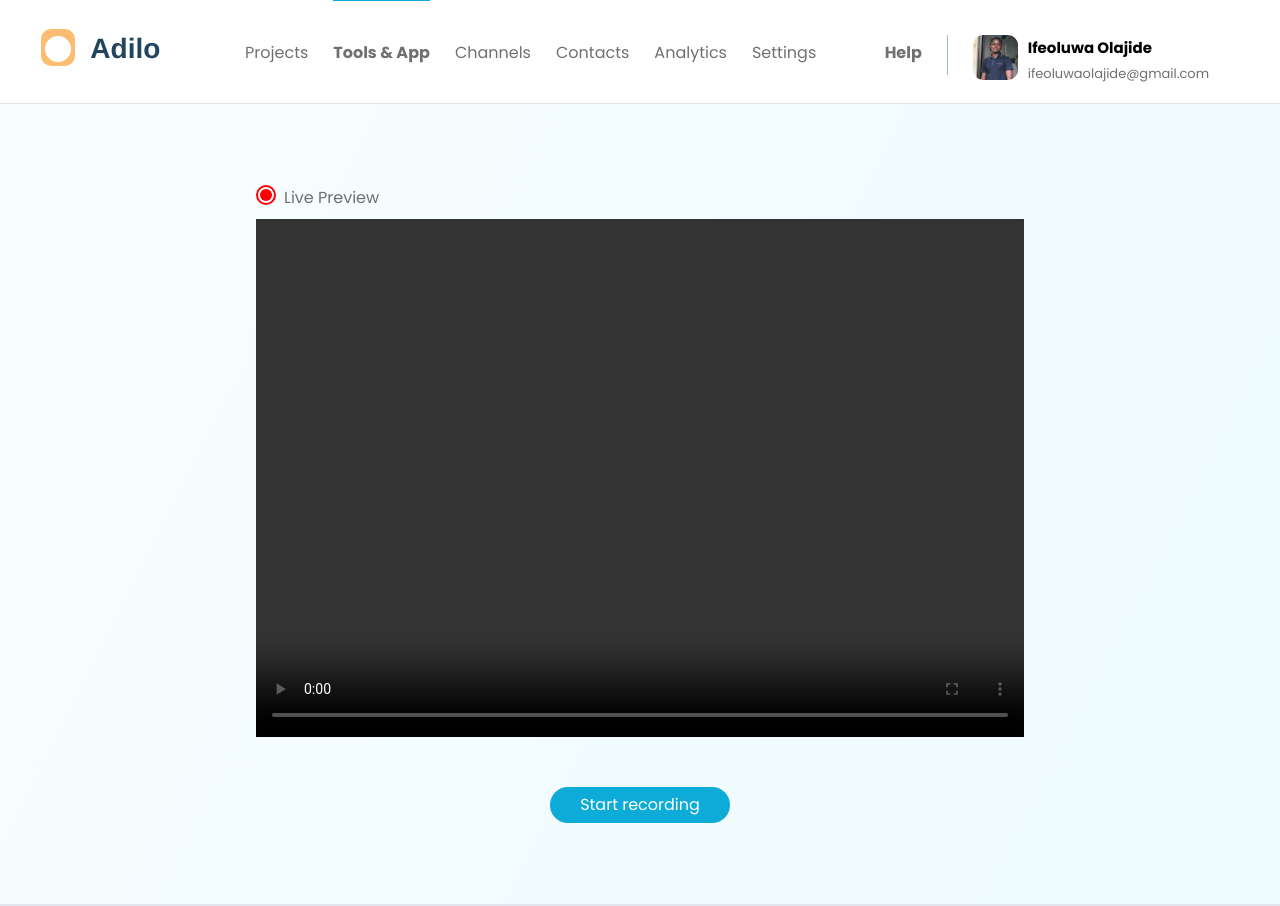
Repository: olhighjay/video_recorder
Page: /
An editor plug-in stored every save of this project. The page is shown before and after the next save, followed by the edit.
The browser window is 1280 px wide. The pictures show the whole page.
The page's requests for data from a server got no answer. Some web libraries are served in a nearby version. The project was rebuilt for these pictures with package versions that can differ from the ones it lists, and the page was loaded fresh each time. No one was signed in, and anything a server would have sent is missing. Also part of the build but not shown: vue.config.js, src/components/DataTable.vue, src/components/EmptyRecorded.vue.

Above is the page before, as saved 2022-07-29 13:09:44.

After the next save:
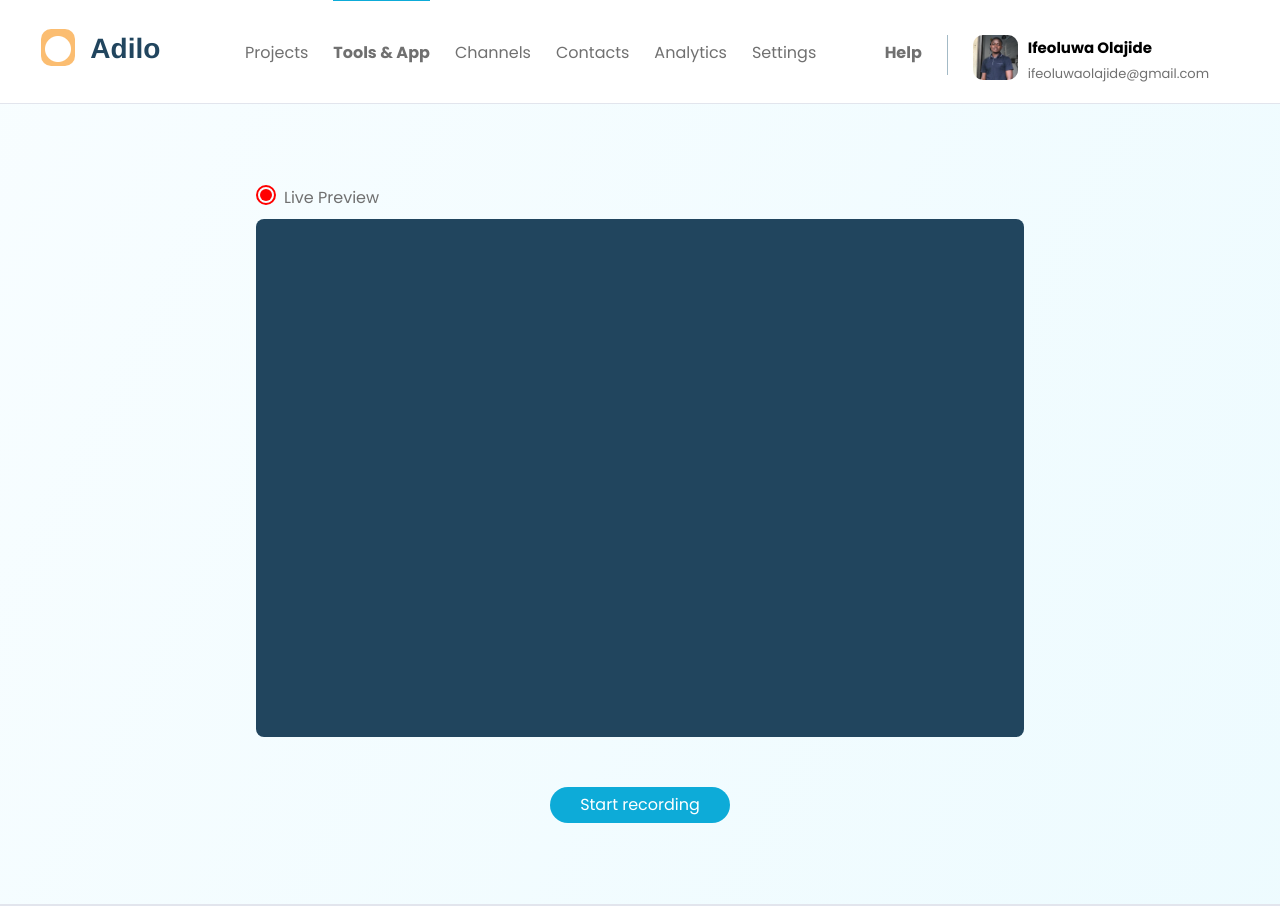
Saved 8 min 17 s later.
--- a/src/App.vue
+++ b/src/App.vue
@@ -111,7 +111,7 @@
           <div class="ml-2">Live Preview</div>
         </div>
         <div class="view-frame">
-          <div style="height:100%">
+          <div v-if="myPermissionAccepted" style="height:100%">
             <video v-if="recorded" controls muted id="my-video-feedback" class=" bg-black w-full h-auto"></video>
             <video v-else id="my-recorded-video" controls class="recorded-video bg-black w-full h-auto"></video>
           </div>
@@ -139,7 +139,8 @@
   },
   data() {
     return {
-      recorded: true
+      recorded: true,
+      myPermissionAccepted: false
     }
   },
   methods: {
@@ -158,6 +159,7 @@
 navigator.mediaDevices.getUserMedia(vidRecordOptions)
 // // navigator.mediaDevices.getDisplayMedia(vidRecordOptions)
 .then(function(mediaStreamObj) {
+  this.myPermissionAccepted= true;
 //     //connect the media stream to the first video element
     let myVideo = document.getElementById('my-video-feedback');
 //     // create a video url from the callback response object
@@ -199,6 +201,7 @@
     // }, 8000);
 })
 .catch(function(err) {
+  this.myPermissionAccepted= false;
     console.log(err.name, err.message);
 });
     }

After the 2 saves that followed:
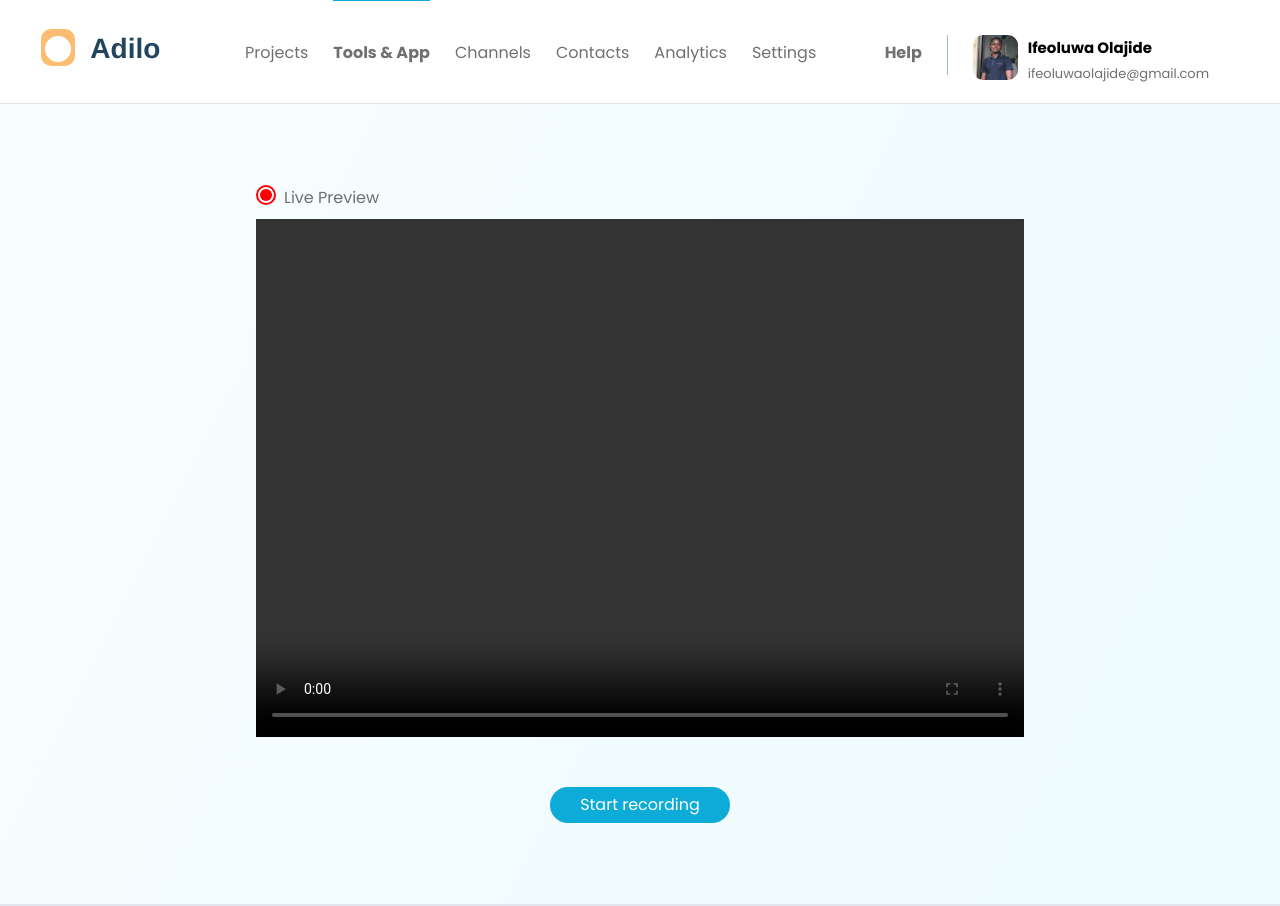
The 2 saves are shown as one change because 1 left the picture as it was.
The last was saved 4 min 42 s later.
--- a/src/App.vue
+++ b/src/App.vue
@@ -158,8 +158,9 @@
 // // Request access to use the mic and video
 navigator.mediaDevices.getUserMedia(vidRecordOptions)
 // // navigator.mediaDevices.getDisplayMedia(vidRecordOptions)
-.then(function(mediaStreamObj) {
-  this.myPermissionAccepted= true;
+.then(
+  this.myPermissionAccepted= true,
+  function(mediaStreamObj) {
 //     //connect the media stream to the first video element
     let myVideo = document.getElementById('my-video-feedback');
 //     // create a video url from the callback response object
@@ -201,7 +202,7 @@
     // }, 8000);
 })
 .catch(function(err) {
-  this.myPermissionAccepted= false;
+  // this.myPermissionAccepted= false;
     console.log(err.name, err.message);
 });
     }
